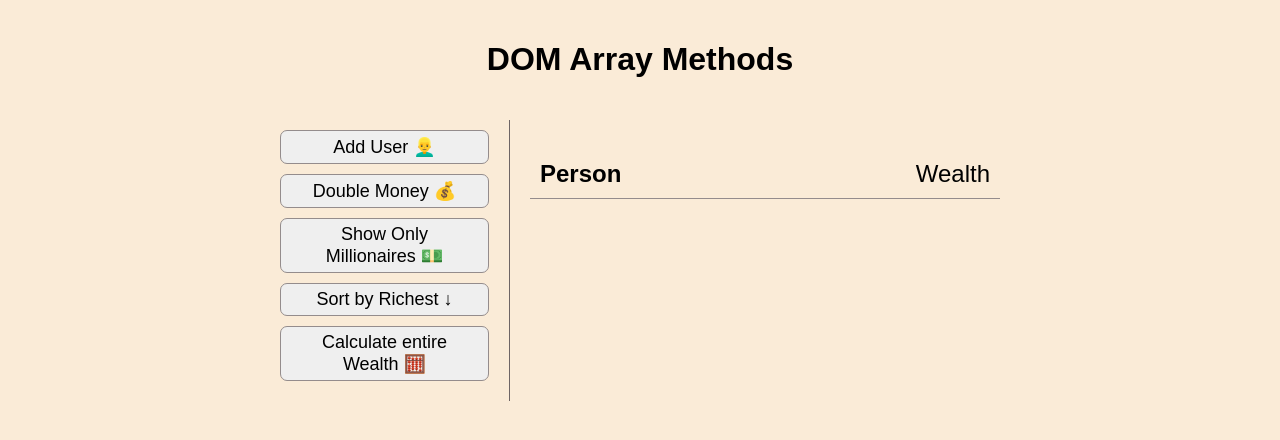
Repository: AbrorjonKuchkarov/DOM-Array-Methods
Page: index.html
The author's editor kept a copy of each file at every save. The page is drawn from the files as they stood at one save, then again after the next save.
The browser window is 1280 px wide. The pictures show the whole page.

Above is the page before, as saved 2022-02-24 15:46:56.

After the next save:
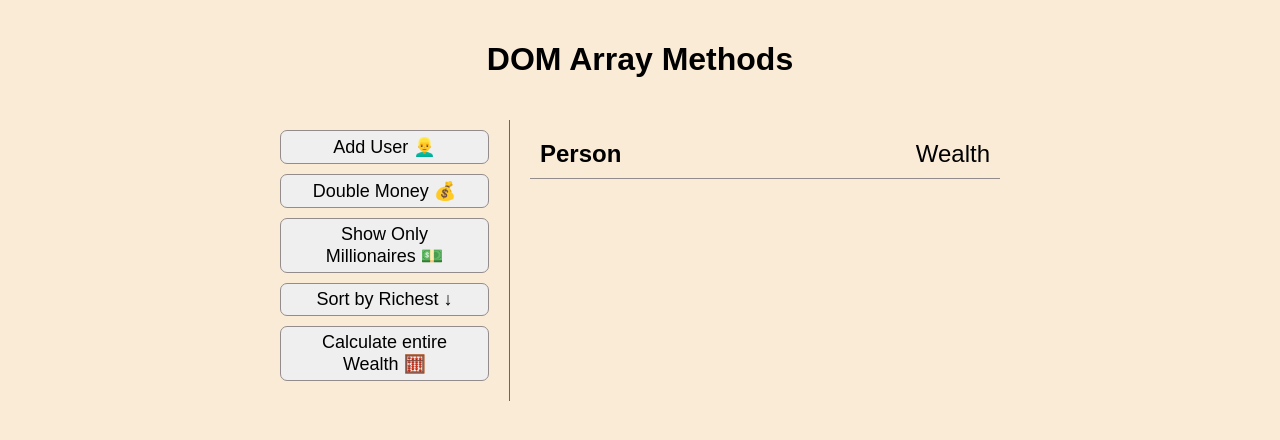
Saved 26 s later.
--- a/style.css
+++ b/style.css
@@ -49,4 +49,5 @@ h2{
    justify-content: space-between;
    font-weight: 300;
    padding: 10px;
+   margin: 0 0 20px;
 }
